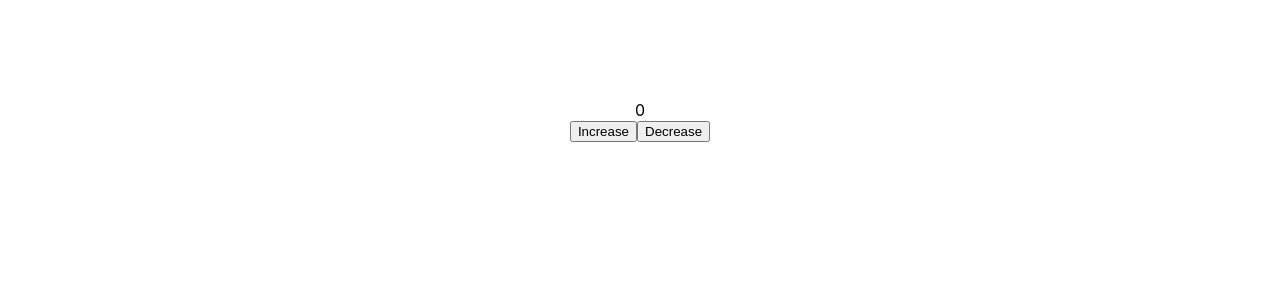
Repository: Marwa-Medhat/ReactJS-Labs
Page: / (app in myapp/)
An editor plug-in stored every save of this project. The page is shown before and after the next save, followed by the edit.
The browser window is 1280 px wide. The pictures show the whole page.
The project was rebuilt for these pictures with package versions that can differ from the ones it lists, and the page was loaded fresh each time.

Above is the page before, as saved 2021-04-25 15:09:46.

After the next save:
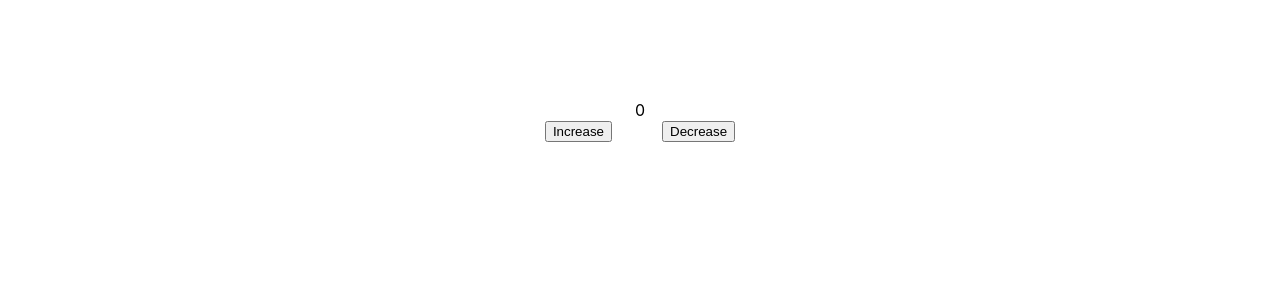
Saved 46 s later.
--- a/myapp/src/App.js
+++ b/myapp/src/App.js
@@ -26,7 +26,7 @@ import React, { Component } from 'react';
       return (
         <div >
         <div>{this.state.count}</div>
-        <button onClick={this.increase}> Increase</button>
+        <button onClick={this.increase} style={{ marginRight: 50, }}> Increase</button>
         <button onClick={this.decrease}> Decrease</button>
         </div>
       ); //return
